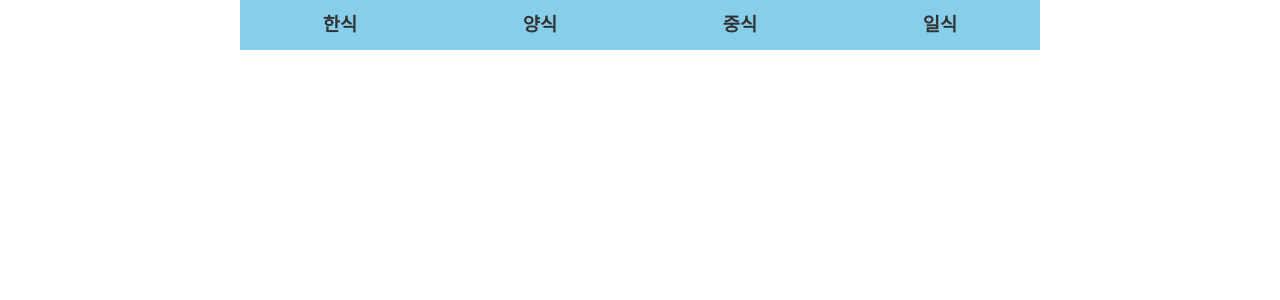
Repository: gwonjunsu95/html5
Page: html5/WebContent/day0304.html
These files come from the project's save history. The page is drawn as it stood at one moment and after a run of saves; the edit follows.
The browser window is 1280 px wide. The pictures show the whole page.

Above is the page before, as saved 2020-04-20 05:50:12.

After the next 2 saves:
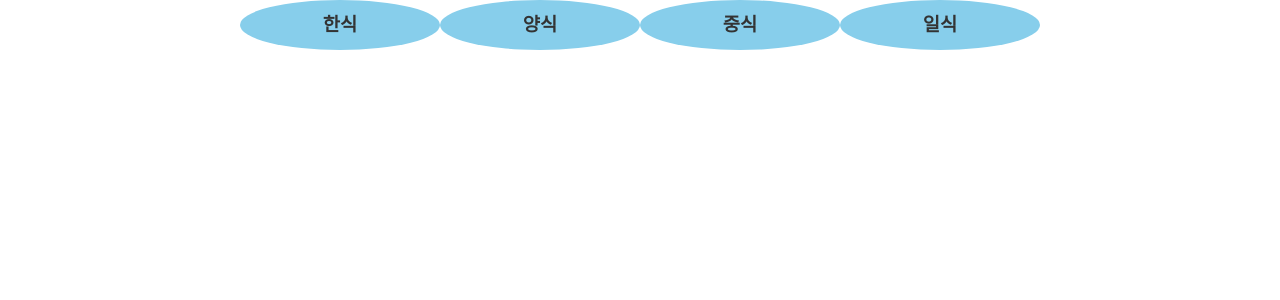
The 2 saves are shown as one change because they came seconds apart.
The last was saved 2 min 35 s later.
--- a/html5/WebContent/day0304.html
+++ b/html5/WebContent/day0304.html
@@ -20,6 +20,7 @@
 			float: left;
 			background: skyblue;
 			overflow: hidden;
+			border-radius: 100%;
 		}
 
 			.nav > ul > li:hover{
